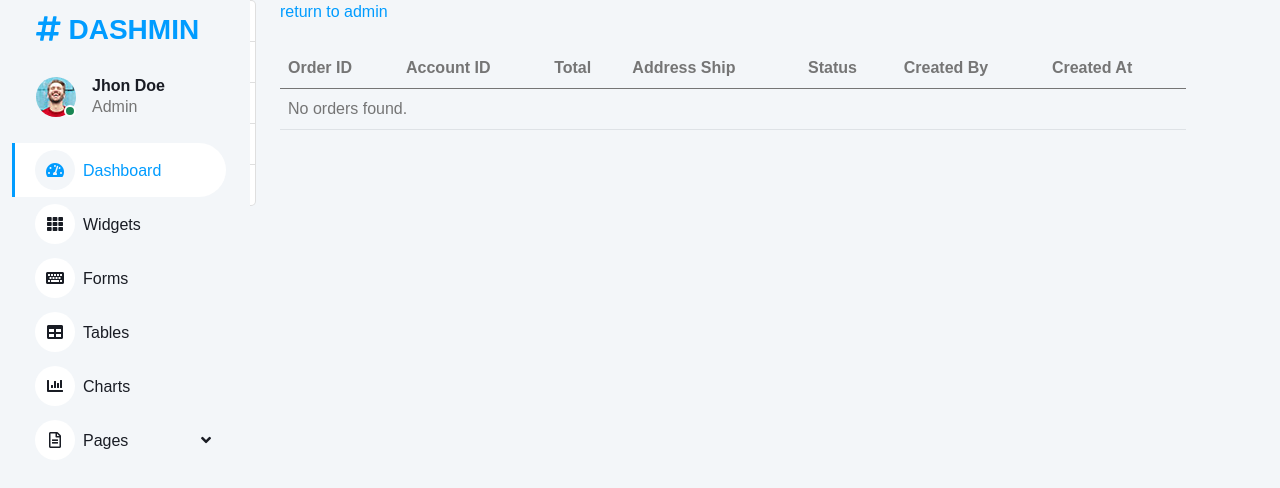
Repository: beovan/php1_ASM
Page: http://localhost/admin/order.php
These files come from the project's save history. The page is drawn as it stood at one moment and after the next save; the edit follows.
The browser window is 1280 px wide. The pictures show the whole page.
Some web fonts or font styles are not loaded; a fallback is used. Some web libraries are served in a nearby version. The page is run by PHP 8.4 with error messages shown; the project is at /var/www/html/. The session is filled in as if someone had signed in: {"account_id": 1}. Other server files are loaded and not shown. Queries for data that is not in the repository find no rows.

Above is the page before, as saved 2023-08-09 22:27:18.

### admin/order.php
<?php
include '../config.php';
session_start();
include_once("../account_id.php");

if (isset($_GET['order_details_id']) && is_numeric($_GET['order_details_id'])) {
    $message = "";
    $categoryId = $_GET['order_details_id'];
    // Bước 3: Thực hiện câu truy vấn xoá bản ghi có ID tương ứng
    $sqlDelete = "DELETE FROM order_details WHERE order_details_id = $categoryId";
    if ($conn->query($sqlDelete) === TRUE) {
        $message = "Data deleted successfully.";
    } else {
        $message = "Error while deleting data:  " . $conn->error;
    }
}

?>

<!doctype html>
<html lang="en">

<head>
    <meta charset="UTF-8" />
    <meta http-equiv="X-UA-Compatible" content="IE=edge" />
    <meta name="viewport" content="width=device-width, initial-scale=1.0" />
    <title>order</title>
    <?php
    include('./layout/header.php');
  ?>
</head>

<body>
    <div class="container">
        <div class="row">
            <?php
   $select_user = mysqli_query($conn, "SELECT * FROM `account`
   WHERE account_id ='$account_id' ")
   or die("query failed");
   if (mysqli_num_rows($select_user) > 0) {
       $fetch_user = mysqli_fetch_assoc($select_user);
   };
   include "./layout/nav.php";
   include("./layout/side_bar.php");
   ?>

            <div class="col col-lg-10">
                <a href="./admin_user.php">return to admin </a>
                <br>
                <?php
            //chỉnh đây
            if (isset($message) && $message !== '') {
                echo $message;
            }
            //đến đây
            ?>
            <br>
                 <table class="table table-hover">
            <thead>
                <tr>
                    <th>Order ID</th>
                    <th>Account ID</th>
                    <th>Total</th>
                    <th>Address Ship</th>
                    <th>Status</th>
                    <th>Created By</th>
                    <th>Created At</th>
                </tr>
            </thead>
            <tbody>
                <?php
                // Assuming you have a database connection established ($conn)
                $query = "SELECT * FROM `order`"; // Replace with your actual table name
                $result = mysqli_query($conn, $query);

                if (mysqli_num_rows($result) > 0) {
                    while ($row = mysqli_fetch_assoc($result)) {
                        ?>
                        <tr>
                            <td><?php echo $row['order_id']; ?></td>
                            <td><?php echo $row['account_id']; ?></td>
                            <td><?php echo $row['total']; ?></td>
                            <td><?php echo $row['address_ship']; ?></td>
                            <td><?php echo $row['status']; ?></td>
                            <td><?php echo $row['created_by']; ?></td>
                            <td><?php echo $row['created_at']; ?></td>
                        </tr>
                        <?php
                    }
                } else {
                    ?>
                    <tr>
                        <td colspan="7">No orders found.</td>
                    </tr>
                    <?php
                }
                ?>
            </tbody>
        </table>
            </div>
        </div>
    </div>

</body>

</html>

### config.php
<?php
$conn = mysqli_connect('localhost','root','','php1_asm_pk03114' ) or die('connection failed');

?>

### account_id.php
<?php

$account_id = $_SESSION['account_id'];

if (!isset($account_id)){
    header('location:login.php');
}

//logout thì quay lại trang chủ
if (isset($_GET['logout'])) {
    unset($account_id);
    session_destroy();
    header('location:login.php');
    exit;
}

?>

### admin/layout/header.php
  <link rel="stylesheet" href="https://cdn.jsdelivr.net/npm/bootstrap-icons@1.10.5/font/bootstrap-icons.css" />
  <link href="https://cdn.jsdelivr.net/npm/bootstrap@5.2.3/dist/css/bootstrap.min.css" rel="stylesheet">
  <script src="https://cdn.jsdelivr.net/npm/bootstrap@5.2.3/dist/js/bootstrap.bundle.min.js"></script>


    <!-- chỉnh css mới (cart) -->
  <link rel="stylesheet" href="../css/thongtintaikhoan.css">
    <link rel="stylesheet" href="../css/sidebar.css">
    <link rel="stylesheet" href="../css/dashboard.css">

       <!-- Favicon -->
       <link href="img/favicon.ico" rel="icon">

<!-- Google Web Fonts -->
<link rel="preconnect" href="https://fonts.googleapis.com">
<link rel="preconnect" href="https://fonts.gstatic.com" crossorigin>
<link href="https://fonts.googleapis.com/css2?family=Heebo:wght@400;500;600;700&display=swap" rel="stylesheet">

<!-- Icon Font Stylesheet -->
<link href="https://cdnjs.cloudflare.com/ajax/libs/font-awesome/5.10.0/css/all.min.css" rel="stylesheet">
<link href="https://cdn.jsdelivr.net/npm/bootstrap-icons@1.4.1/font/bootstrap-icons.css" rel="stylesheet">

<!-- Libraries Stylesheet -->
<link href="lib/owlcarousel/assets/owl.carousel.min.css" rel="stylesheet">
<link href="lib/tempusdominus/css/tempusdominus-bootstrap-4.min.css" rel="stylesheet" />

<!-- Customized Bootstrap Stylesheet -->
<link href="css/bootstrap.min.css" rel="stylesheet">

<!-- Template Stylesheet -->
<link href="css/style.css" rel="stylesheet">

### admin/layout/nav.php
   <div class="sidebar pe-4 pb-3">
            <nav class="navbar bg-light navbar-light">
                <a href="index.html" class="navbar-brand mx-4 mb-3">
                    <h3 class="text-primary"><i class="fa fa-hashtag me-2"></i>DASHMIN</h3>
                </a>
                <div class="d-flex align-items-center ms-4 mb-4">
                    <div class="position-relative">
                        <img class="rounded-circle" src="img/user.jpg" alt="" style="width: 40px; height: 40px;">
                        <div class="bg-success rounded-circle border border-2 border-white position-absolute end-0 bottom-0 p-1"></div>
                    </div>
                    <div class="ms-3">
                        <h6 class="mb-0">Jhon Doe</h6>
                        <span>Admin</span>
                    </div>
                </div>
                <div class="navbar-nav w-100">
                    <a href="index.html" class="nav-item nav-link active"><i class="fa fa-tachometer-alt me-2"></i>Dashboard</a>

                    <a href="widget.html" class="nav-item nav-link"><i class="fa fa-th me-2"></i>Widgets</a>
                    <a href="form.html" class="nav-item nav-link"><i class="fa fa-keyboard me-2"></i>Forms</a>
                    <a href="table.html" class="nav-item nav-link"><i class="fa fa-table me-2"></i>Tables</a>
                    <a href="chart.html" class="nav-item nav-link"><i class="fa fa-chart-bar me-2"></i>Charts</a>
                    <div class="nav-item dropdown">
                        <a href="#" class="nav-link dropdown-toggle" data-bs-toggle="dropdown"><i class="far fa-file-alt me-2"></i>Pages</a>
                        <div class="dropdown-menu bg-transparent border-0">
                            <a href="signin.html" class="dropdown-item">Sign In</a>
                            <a href="signup.html" class="dropdown-item">Sign Up</a>
                            <a href="404.html" class="dropdown-item">404 Error</a>
                            <a href="blank.html" class="dropdown-item">Blank Page</a>
                        </div>
                    </div>
                </div>
            </nav>
        </div>

### admin/layout/side_bar.php
<div class="col col-lg-2">
      <ul class="list-group">
          <li class="list-group-item">
          <a class= 'link' href="../admin/users.php">Users</a>
        </li>
          <li class="list-group-item">
              <a class= 'link' href="../admin/categories.php">categories</a>
          </li>
          <li class="list-group-item">
          <a class= 'link' href="../admin/products.php">products</a>
          </li>
          <li class="list-group-item">
          <a class= 'link' href="../admin/order.php">Orders</a>
          </li>

          <li class="list-group-item">Report</li>
      </ul>
  </div>

### css/thongtintaikhoan.css
.account-info {
    width: 1200px;
    height: 600px;
    text-align: left;
    line-height: 80px;
  }

  .account-info-button {
    display: flex;
    justify-content: center;
  }

  .account-info-list li {
    list-style: none;
  }

  #account-info-save {
    width: 100px;
    height: 50px;
    background-color: white;
    border: 1px solid black;
    display: flex;
    align-items: center;
    justify-content: center;
    transition: 1s;
    color: black;
  }

  #account-info-save:hover {
    background-color: var(--banner-color); /* Replace var(--banner-color) with the desired color */
    color: white;
  }

  .account-info-title {
    border-bottom: 1px solid rgba(141, 141, 141, 0.266);
  }

### css/sidebar.css
.link {
    text-decoration: none;
    color: black ;
}

### css/dashboard.css
.navbar {
    margin-bottom: 50px;

}

.navbar-nav {
    width: 100%;
}

.flex {
    display: flex;
    justify-content: space-between;
    width: 100%;
}

### admin/css/style.css
/********** Template CSS **********/
:root {
    --primary: #009CFF;
    --light: #F3F6F9;
    --dark: #191C24;
}

.back-to-top {
    position: fixed;
    display: none;
    right: 45px;
    bottom: 45px;
    z-index: 99;
}


/*** Spinner ***/
#spinner {
    opacity: 0;
    visibility: hidden;
    transition: opacity .5s ease-out, visibility 0s linear .5s;
    z-index: 99999;
}

#spinner.show {
    transition: opacity .5s ease-out, visibility 0s linear 0s;
    visibility: visible;
    opacity: 1;
}


/*** Button ***/
.btn {
    transition: .5s;
}

.btn.btn-primary {
    color: #FFFFFF;
}

.btn-square {
    width: 38px;
    height: 38px;
}

.btn-sm-square {
    width: 32px;
    height: 32px;
}

.btn-lg-square {
    width: 48px;
    height: 48px;
}

.btn-square,
.btn-sm-square,
.btn-lg-square {
    padding: 0;
    display: inline-flex;
    align-items: center;
    justify-content: center;
    font-weight: normal;
    border-radius: 50px;
}


/*** Layout ***/
.sidebar {
    position: fixed;
    top: 0;
    left: 0;
    bottom: 0;
    width: 250px;
    height: 100vh;
    overflow-y: auto;
    background: var(--light);
    transition: 0.5s;
    z-index: 999;
}

.content {
    margin-left: 250px;
    min-height: 100vh;
    background: #FFFFFF;
    transition: 0.5s;
}

@media (min-width: 992px) {
    .sidebar {
        margin-left: 0;
    }

    .sidebar.open {
        margin-left: -250px;
    }

    .content {
        width: calc(100% - 250px);
    }

    .content.open {
        width: 100%;
        margin-left: 0;
    }
}

@media (max-width: 991.98px) {
    .sidebar {
        margin-left: -250px;
    }

    .sidebar.open {
        margin-left: 0;
    }

    .content {
        width: 100%;
        margin-left: 0;
    }
}


/*** Navbar ***/
.sidebar .navbar .navbar-nav .nav-link {
    padding: 7px 20px;
    color: var(--dark);
    font-weight: 500;
    border-left: 3px solid var(--light);
    border-radius: 0 30px 30px 0;
    outline: none;
}

.sidebar .navbar .navbar-nav .nav-link:hover,
.sidebar .navbar .navbar-nav .nav-link.active {
    color: var(--primary);
    background: #FFFFFF;
    border-color: var(--primary);
}

.sidebar .navbar .navbar-nav .nav-link i {
    width: 40px;
    height: 40px;
    display: inline-flex;
    align-items: center;
    justify-content: center;
    background: #FFFFFF;
    border-radius: 40px;
}

.sidebar .navbar .navbar-nav .nav-link:hover i,
.sidebar .navbar .navbar-nav .nav-link.active i {
    background: var(--light);
}

.sidebar .navbar .dropdown-toggle::after {
    position: absolute;
    top: 15px;
    right: 15px;
    border: none;
    content: "\f107";
    font-family: "Font Awesome 5 Free";
    font-weight: 900;
    transition: .5s;
}

.sidebar .navbar .dropdown-toggle[aria-expanded=true]::after {
    transform: rotate(-180deg);
}

.sidebar .navbar .dropdown-item {
    padding-left: 25px;
    border-radius: 0 30px 30px 0;
}

.content .navbar .navbar-nav .nav-link {
    margin-left: 25px;
    padding: 12px 0;
    color: var(--dark);
    outline: none;
}

.content .navbar .navbar-nav .nav-link:hover,
.content .navbar .navbar-nav .nav-link.active {
    color: var(--primary);
}

.content .navbar .sidebar-toggler,
.content .navbar .navbar-nav .nav-link i {
    width: 40px;
    height: 40px;
    display: inline-flex;
    align-items: center;
    justify-content: center;
    background: #FFFFFF;
    border-radius: 40px;
}

.content .navbar .dropdown-toggle::after {
    margin-left: 6px;
    vertical-align: middle;
    border: none;
    content: "\f107";
    font-family: "Font Awesome 5 Free";
    font-weight: 900;
    transition: .5s;
}

.content .navbar .dropdown-toggle[aria-expanded=true]::after {
    transform: rotate(-180deg);
}

@media (max-width: 575.98px) {
    .content .navbar .navbar-nav .nav-link {
        margin-left: 15px;
    }
}


/*** Date Picker ***/
.bootstrap-datetimepicker-widget.bottom {
    top: auto !important;
}

.bootstrap-datetimepicker-widget .table * {
    border-bottom-width: 0px;
}

.bootstrap-datetimepicker-widget .table th {
    font-weight: 500;
}

.bootstrap-datetimepicker-widget.dropdown-menu {
    padding: 10px;
    border-radius: 2px;
}

.bootstrap-datetimepicker-widget table td.active,
.bootstrap-datetimepicker-widget table td.active:hover {
    background: var(--primary);
}

.bootstrap-datetimepicker-widget table td.today::before {
    border-bottom-color: var(--primary);
}


/*** Testimonial ***/
.progress .progress-bar {
    width: 0px;
    transition: 2s;
}


/*** Testimonial ***/
.testimonial-carousel .owl-dots {
    margin-top: 24px;
    display: flex;
    align-items: flex-end;
    justify-content: center;
}

.testimonial-carousel .owl-dot {
    position: relative;
    display: inline-block;
    margin: 0 5px;
    width: 15px;
    height: 15px;
    border: 5px solid var(--primary);
    border-radius: 15px;
    transition: .5s;
}

.testimonial-carousel .owl-dot.active {
    background: var(--dark);
    border-color: var(--primary);
}

Loaded but not shown: admin/lib/owlcarousel/assets/owl.carousel.min.css (common file); admin/lib/tempusdominus/css/tempusdominus-bootstrap-4.min.css (library); admin/css/bootstrap.min.css (library)

After the next save:
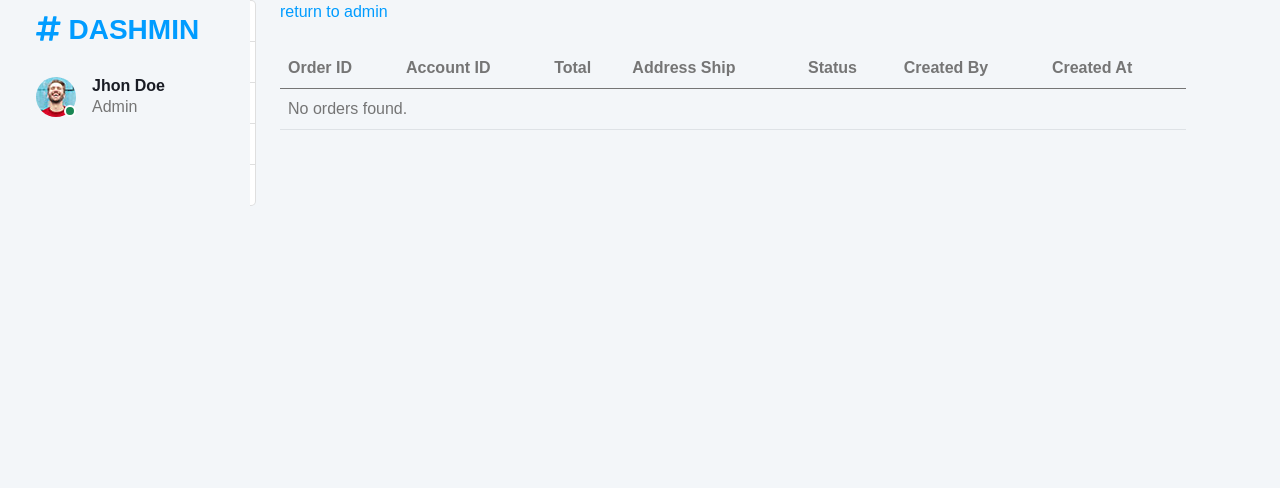
Saved 47 s later.
--- a/admin/layout/nav.php
+++ b/admin/layout/nav.php
@@ -13,22 +13,6 @@
                         <span>Admin</span>
                     </div>
                 </div>
-                <div class="navbar-nav w-100">
-                    <a href="index.html" class="nav-item nav-link active"><i class="fa fa-tachometer-alt me-2"></i>Dashboard</a>
 
-                    <a href="widget.html" class="nav-item nav-link"><i class="fa fa-th me-2"></i>Widgets</a>
-                    <a href="form.html" class="nav-item nav-link"><i class="fa fa-keyboard me-2"></i>Forms</a>
-                    <a href="table.html" class="nav-item nav-link"><i class="fa fa-table me-2"></i>Tables</a>
-                    <a href="chart.html" class="nav-item nav-link"><i class="fa fa-chart-bar me-2"></i>Charts</a>
-                    <div class="nav-item dropdown">
-                        <a href="#" class="nav-link dropdown-toggle" data-bs-toggle="dropdown"><i class="far fa-file-alt me-2"></i>Pages</a>
-                        <div class="dropdown-menu bg-transparent border-0">
-                            <a href="signin.html" class="dropdown-item">Sign In</a>
-                            <a href="signup.html" class="dropdown-item">Sign Up</a>
-                            <a href="404.html" class="dropdown-item">404 Error</a>
-                            <a href="blank.html" class="dropdown-item">Blank Page</a>
-                        </div>
-                    </div>
-                </div>
             </nav>
         </div>
